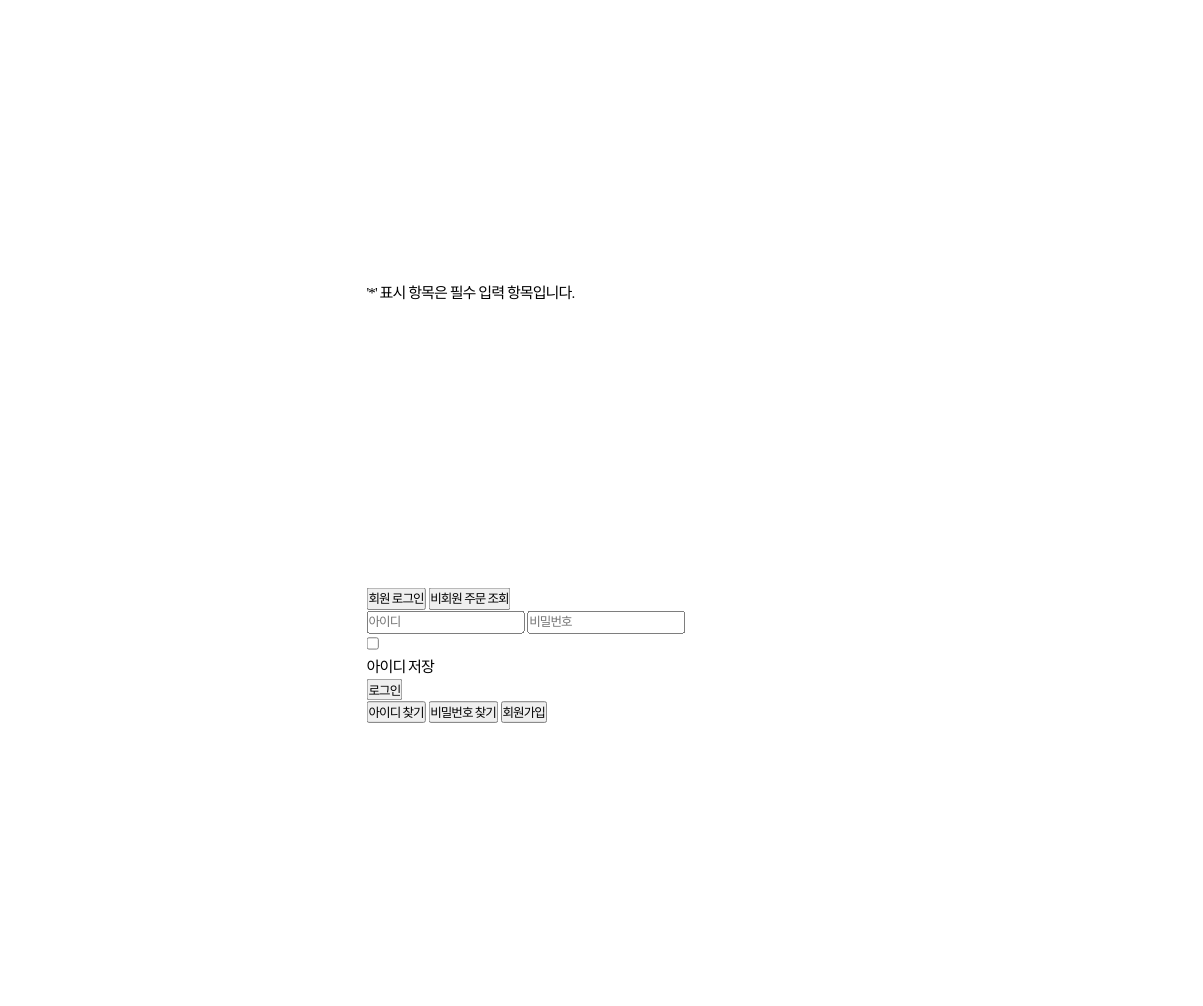
Repository: InhoKang92/jsp_1018
Page: http://localhost/Web_01/ModernServlet?command=mdh_join_form
An editor plug-in stored every save of this project. The page is shown before and after the next save, followed by the edit.
The browser window is 1280 px wide. The pictures show the whole page, at 94% of full size.
Some web fonts or font styles are not loaded; a fallback is used. The page is served by Tomcat 9.

Above is the page before, as saved 2024-10-16 01:56:03.

After the next save:
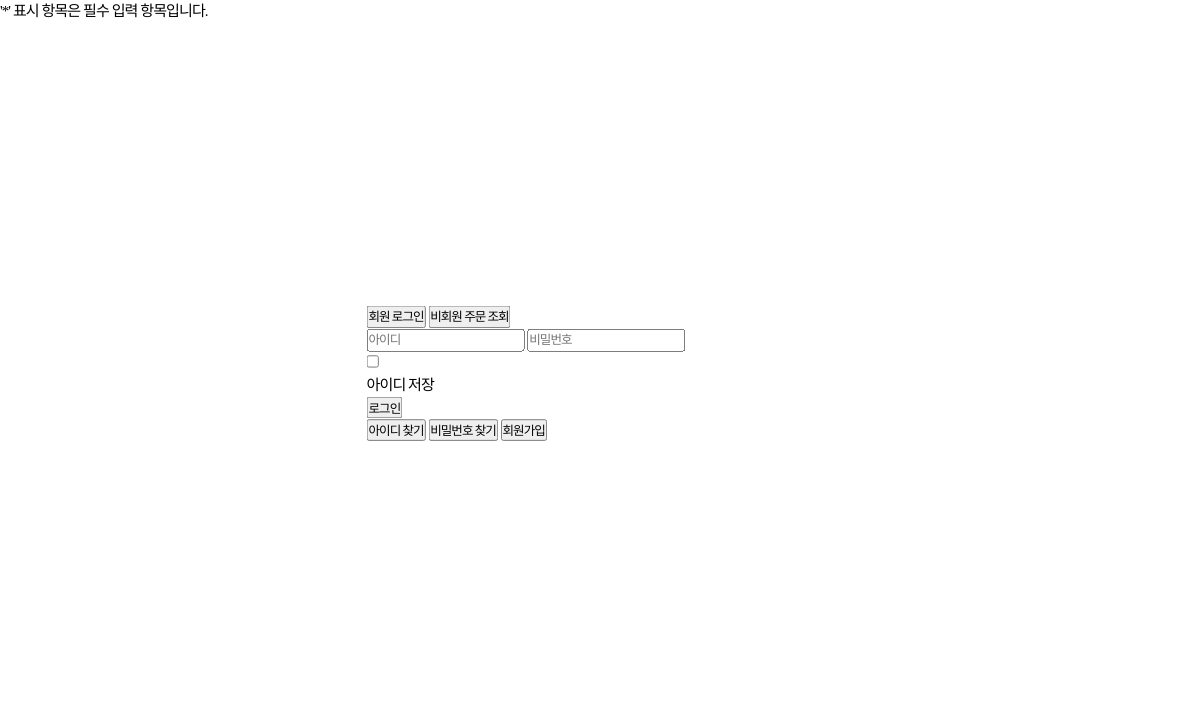
Saved 6 s later.
--- a/Web_01/src/main/webapp/member/join.jsp
+++ b/Web_01/src/main/webapp/member/join.jsp
@@ -13,7 +13,7 @@ pageEncoding="UTF-8"%>
 <body>
 
 
-      <form method="post" name="frm" class="join_box">
+      <form method="post" name="frm">
       	'*' 표시 항목은 필수 입력 항목입니다.
         <div class="join_box">
             <div class="member_btn_box">
